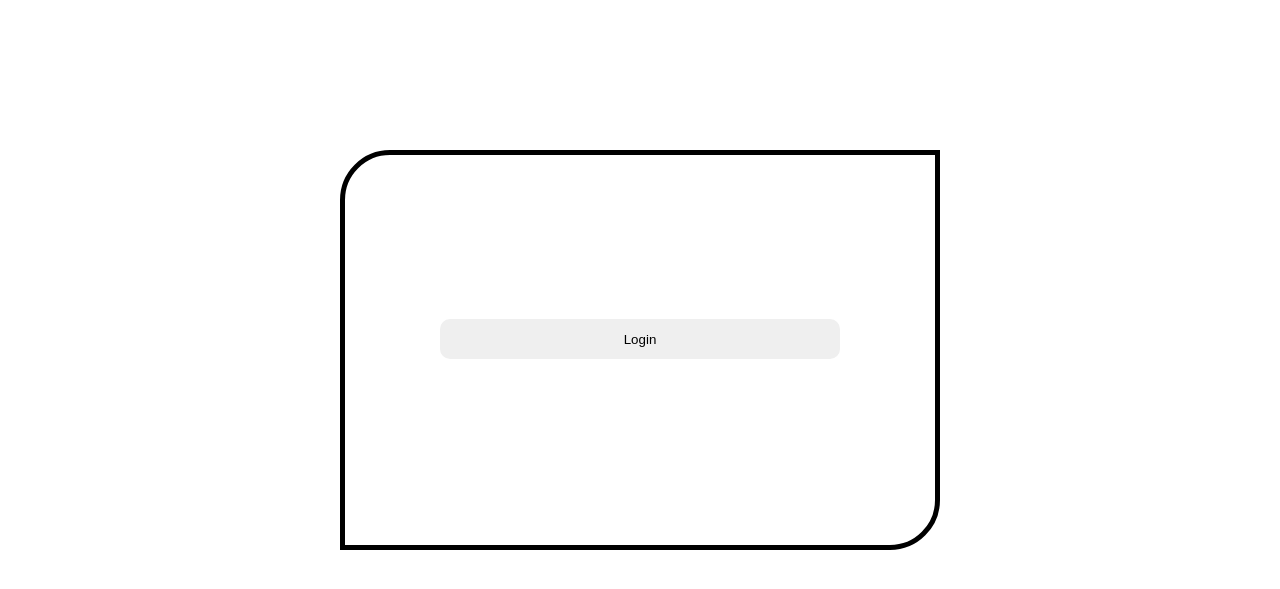
Repository: Shreyash1107/Web_Projects
Page: http://localhost/AlumnieventmanagementApplication/login.jsp
An editor plug-in stored every save of this project. The page is shown before and after the next save, followed by the edit.
The browser window is 1280 px wide. The pictures show the whole page.
The page is served by Tomcat 9. Nobody is signed in. The application's start-up code is not run.

Above is the page before, as saved 2024-07-17 09:44:06.

After the next save:
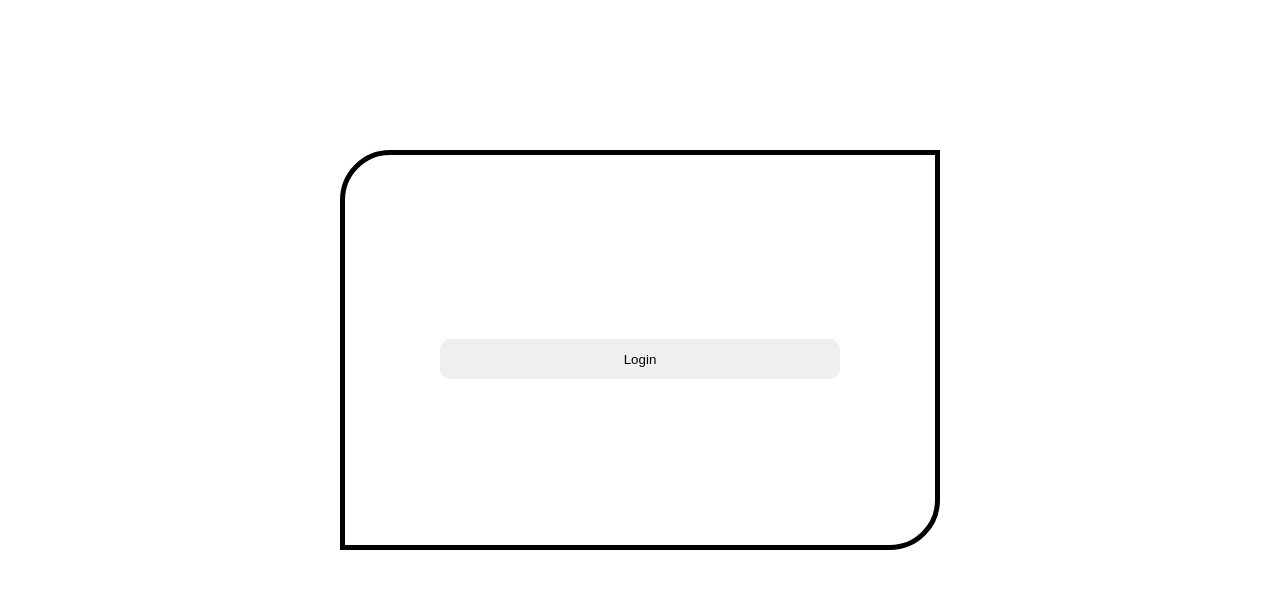
Saved 56 s later.
--- a/AlumnieventmanagementApplication/src/main/webapp/login.jsp
+++ b/AlumnieventmanagementApplication/src/main/webapp/login.jsp
@@ -11,6 +11,7 @@
 	<center>
 		<form>
 			<div class='wrapper'>
+			<h4></h4>
 					<div class='box'>
 						<input type='text' name='Username' value=''/></br></br>
 						<input type='password' name='Passowrd' value=''/></br></br>
